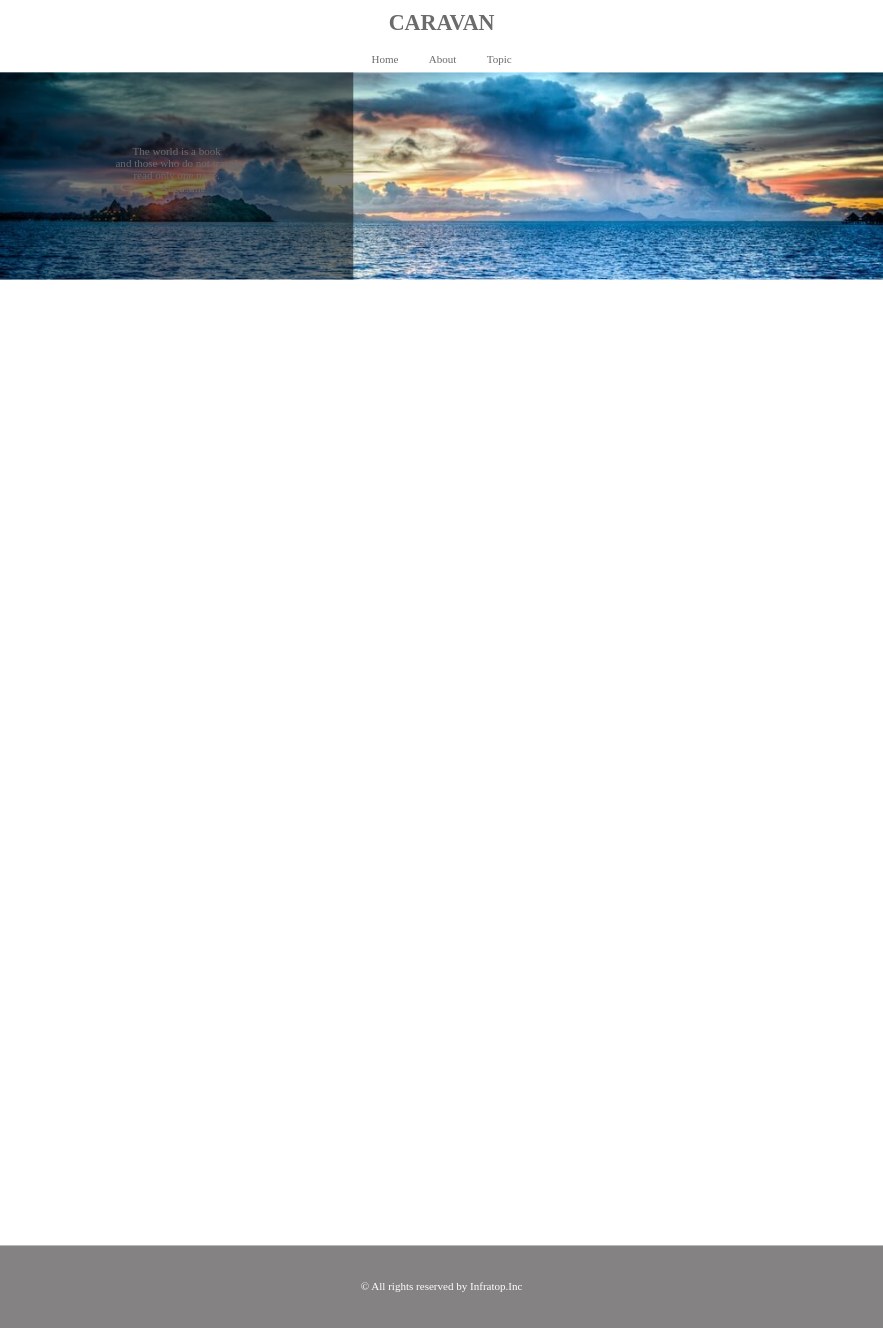
Repository: ego-boosting/html-practice1
Page: caravan/index.html
The author's editor kept a record of every edit. The page is drawn from the files as they stood at one moment, then again after the next edit.
The browser window is 1280 px wide. The pictures show the whole page, at 69% of full size.

Above is the page before.

After the next edit:
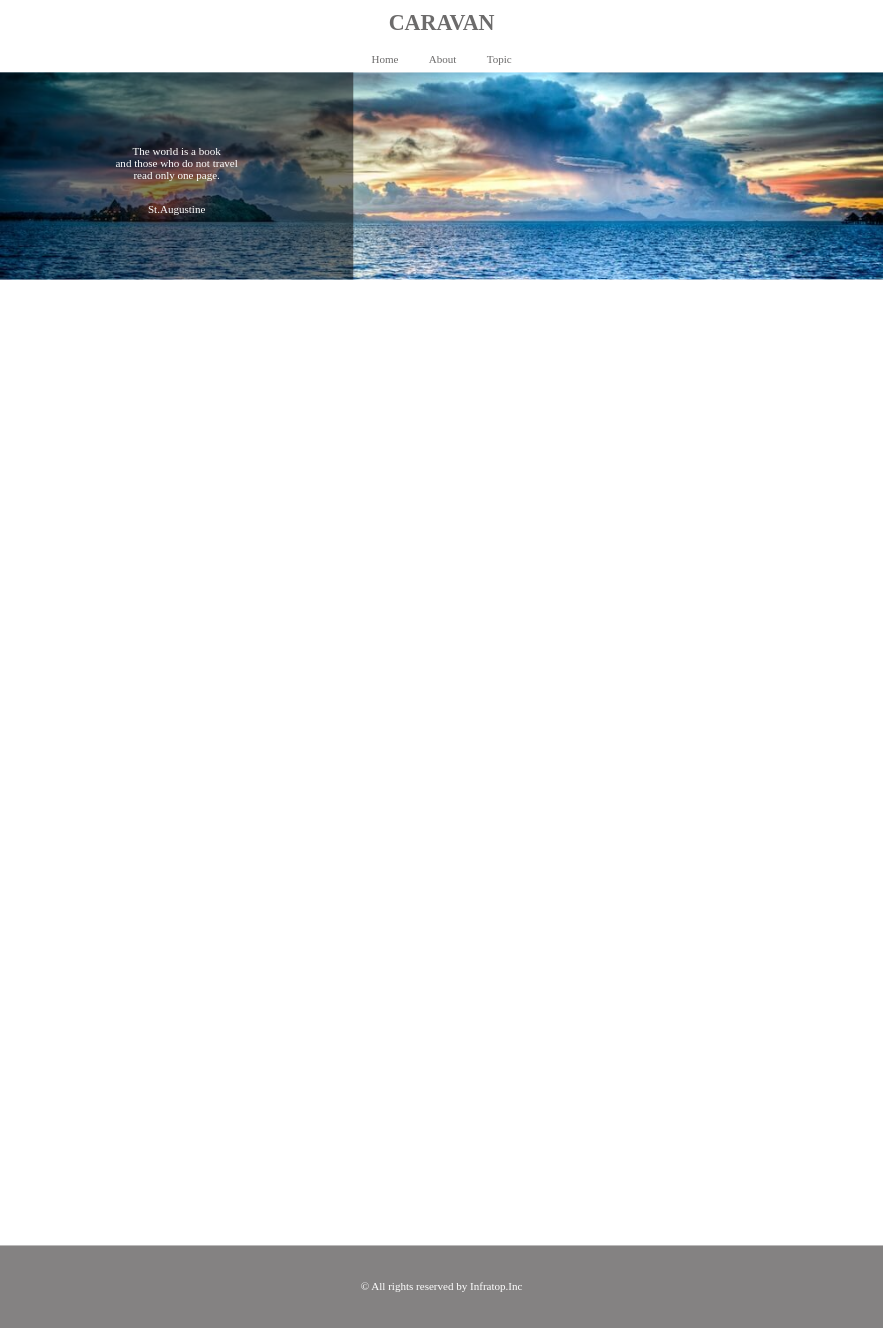
The edit:
--- a/caravan/style.css
+++ b/caravan/style.css
@@ -48,6 +48,14 @@
 padding-top:105px;
 }
 
+.main-visual-text{
+  color:#fff;
+}
+
+.main-visual-name{
+  margin-top:30px;
+  color:#fff;
+}
 .main {
   width: 840px;
   display: flex;
